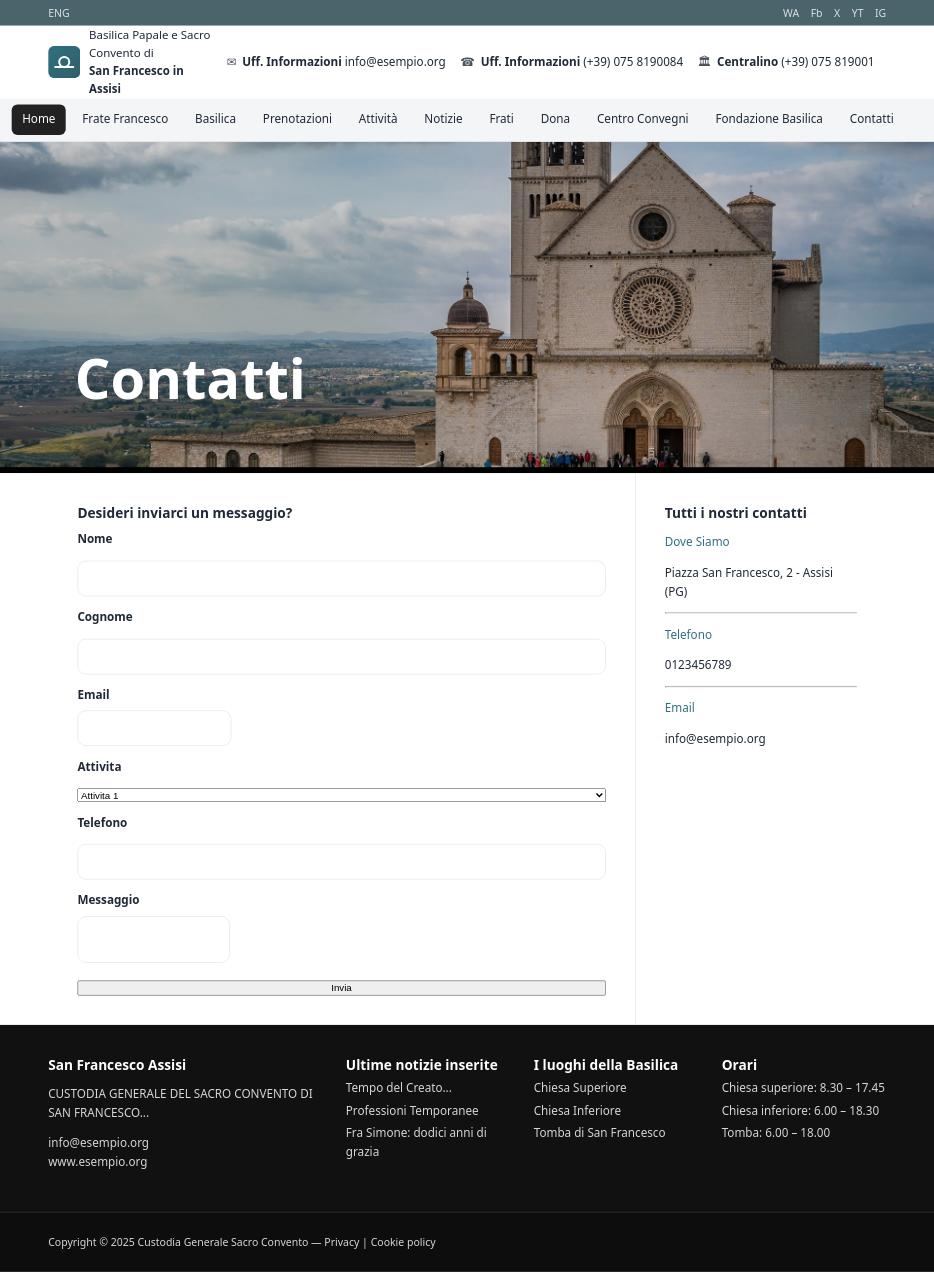
Repository: leacappello/basilica-platform-project
Page: pages/contatti.html
These files come from the project's save history. The page is drawn as it stood at one moment and after the next save; the edit follows.
The browser window is 1280 px wide. The pictures show the whole page, at 73% of full size.

Above is the page before, as saved 2025-09-17 09:52:32.
Console error (its wording comes from the project's code and is left out).

After the next save:
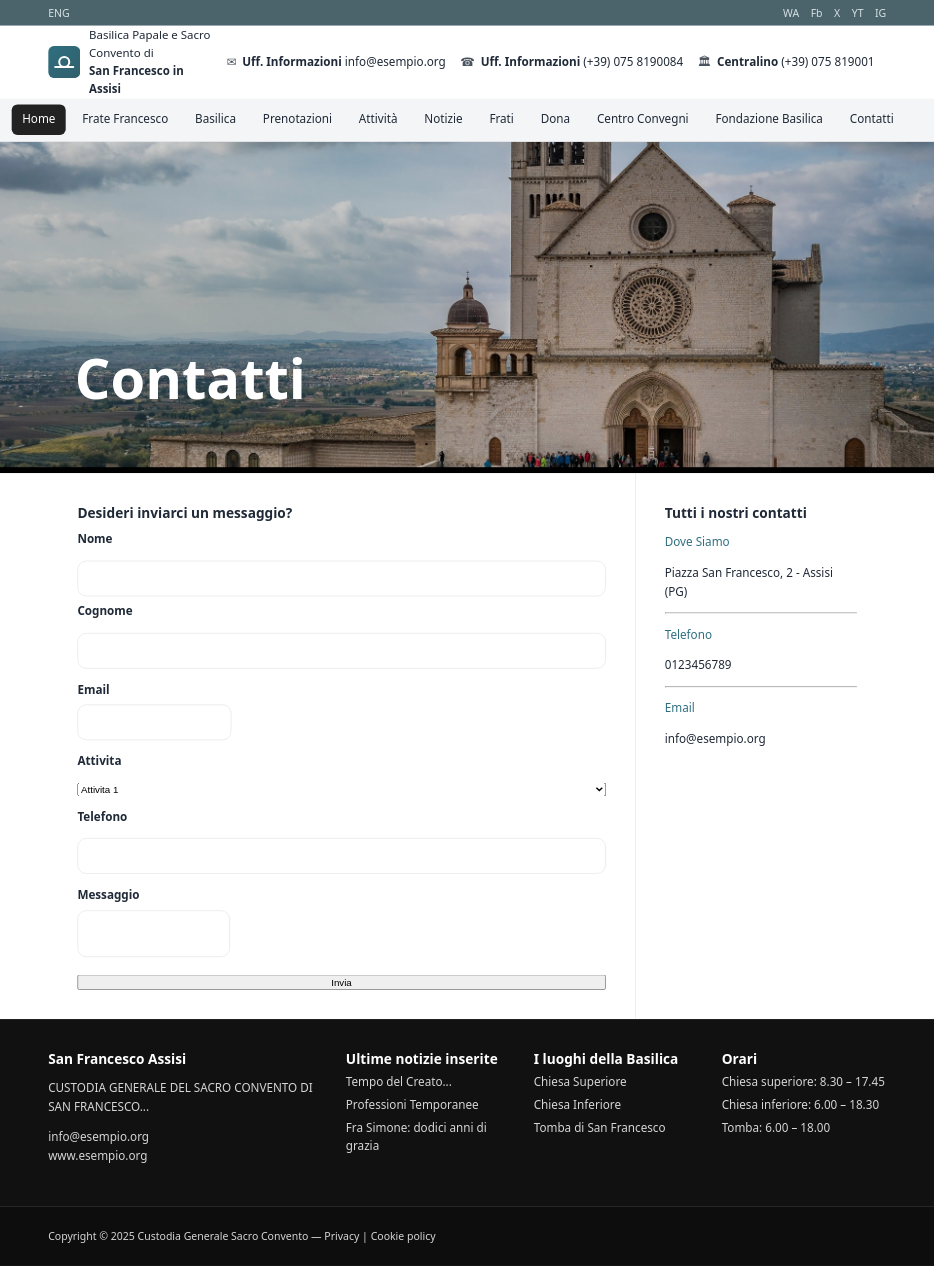
Saved 14 s later.
--- a/pages/contatti.html
+++ b/pages/contatti.html
@@ -171,9 +171,7 @@
                             <div class="column">
                                 <label for="nome">Nome</label>
                                 <input type="text" id="nome" name="nome">
-                            </div>
-                            <!-- cognome -->
-                            <div class="column">
+
                                 <label for="cognome">Cognome</label>
                                 <input type="text" id="cognome" name="cognome">
                             </div>
